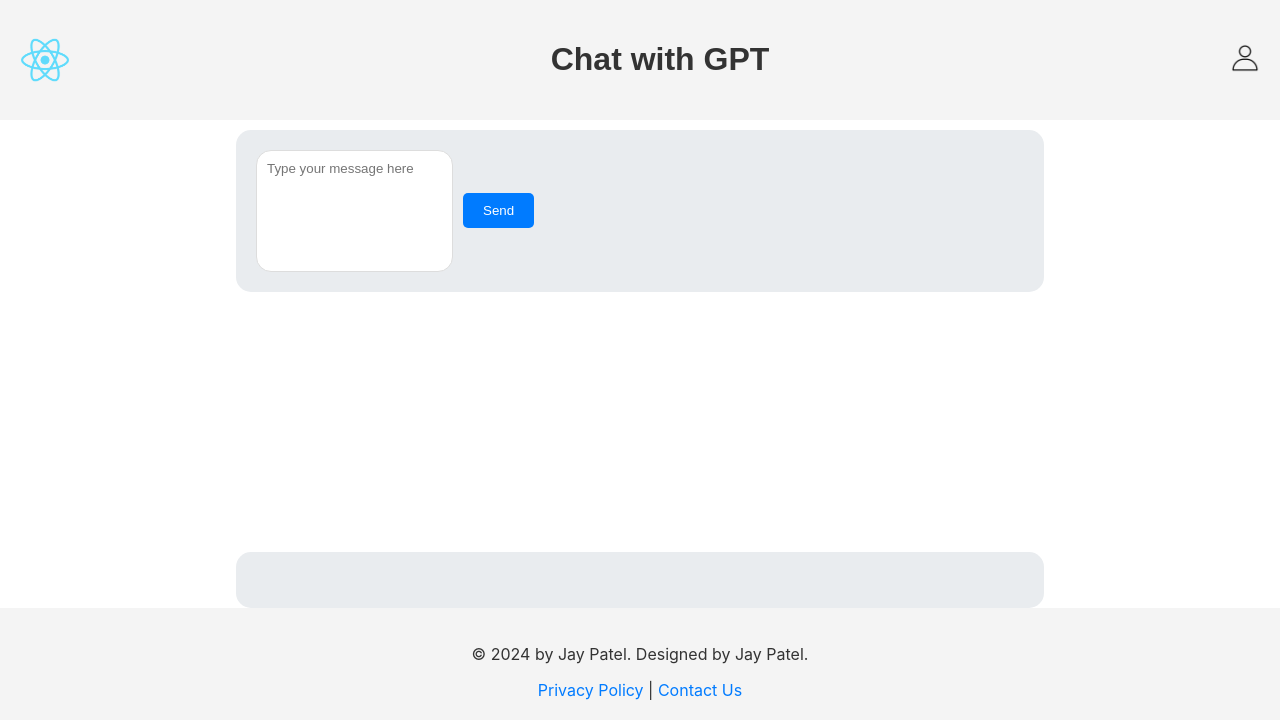
Repository: jforjay1/Custom-GPT
Page: / (app in ethem-alpaydin-gpt/)
An editor plug-in stored every save of this project. The page is shown before and after the next save, followed by the edit.
The browser window is 1280 px wide. The pictures show the whole page.
The project was rebuilt for these pictures with package versions that can differ from the ones it lists, and the page was loaded fresh each time.

Above is the page before, as saved 2024-01-10 11:52:30.

After the next save:
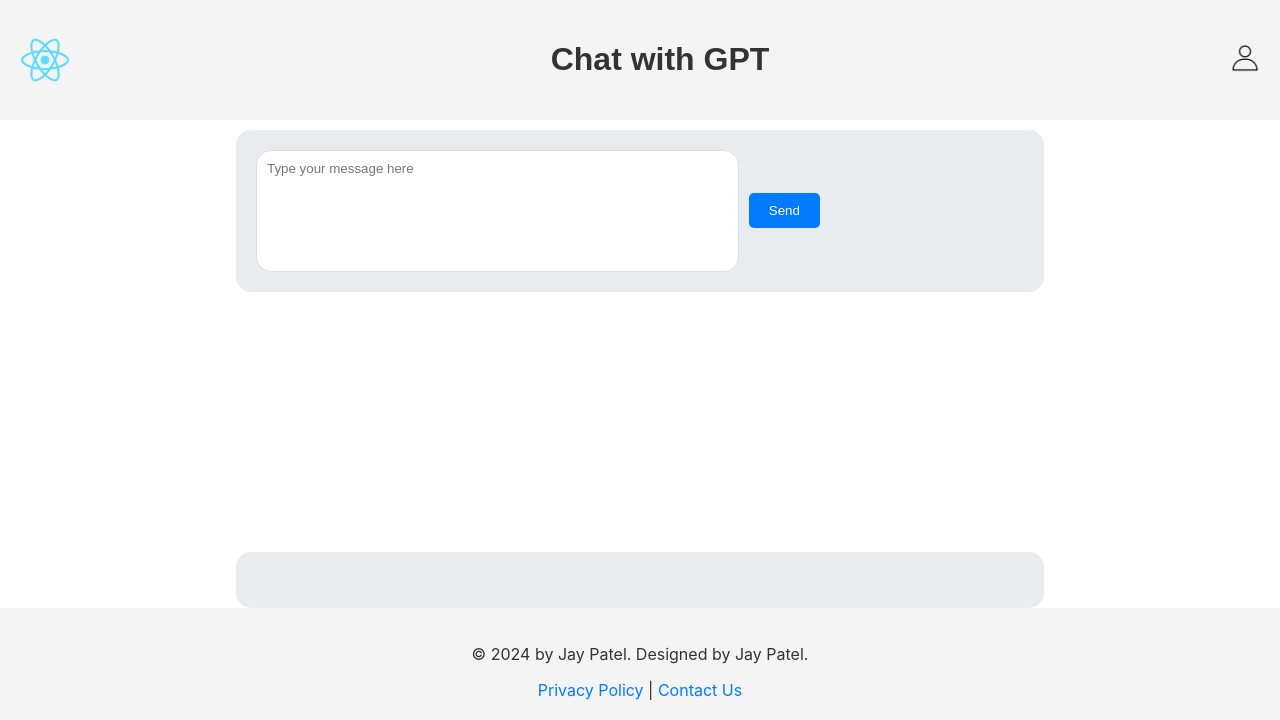
Saved 10 s later.
--- a/ethem-alpaydin-gpt/src/App.css
+++ b/ethem-alpaydin-gpt/src/App.css
@@ -36,7 +36,7 @@
 }
 
 .message-input {
-  width: flex; /* Adjust width as necessary */
+  width: 60%; /* Adjust width as necessary */
   height: 100px;
   padding: 10px;
   border-radius: 15px;
